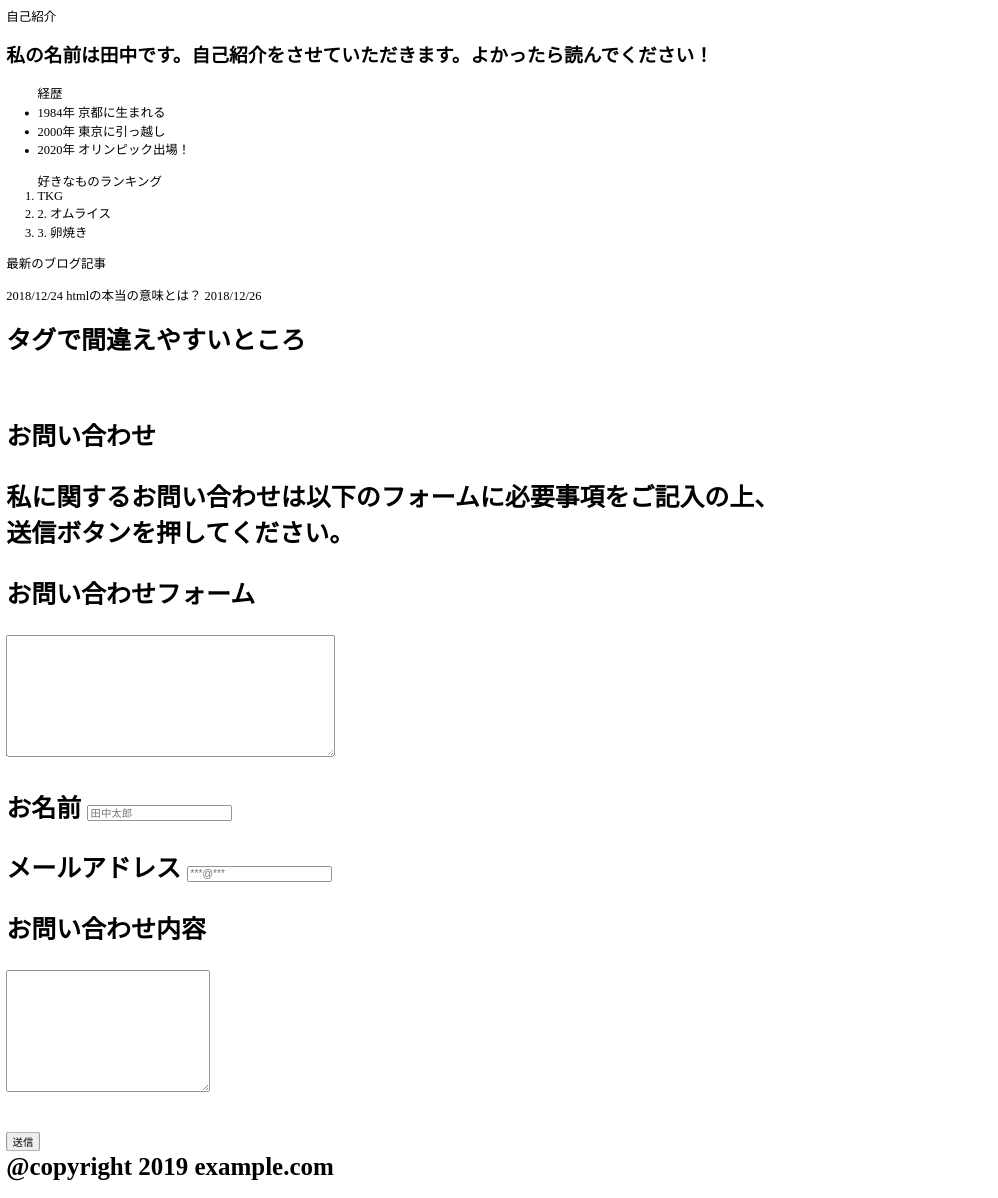
Repository: wairoku/suretigai1
Page: jack.html
An editor plug-in stored every save of this project. The page is shown before and after the next save, followed by the edit.
The browser window is 1280 px wide. The pictures show the whole page, at 78% of full size.

Above is the page before, as saved 2019-01-02 20:07:37.

### jack.html
<!DOCTYPE html>


<body>

    <head>
      <meta charset='utf-8'>
    </head>

自己紹介
<h2>私の名前は田中です。自己紹介をさせていただきます。よかったら読んでください！</h2>

<ul>経歴
    <li>1984年 京都に生まれる</li>
    <li>2000年 東京に引っ越し</li>
    <li>2020年 オリンピック出場！</li>
</ul>

<ol>好きなものランキング
    <li>TKG</li>
    <li>2. オムライス</li>
    <li>3. 卵焼き</li>
</ol>




<p>最新のブログ記事</p>
2018/12/24 htmlの本当の意味とは？
2018/12/26 <h1>タグで間違えやすいところ

　<form action="">
　  <p>お問い合わせ</p>
私に関するお問い合わせは以下のフォームに必要事項をご記入の上、 <br>
送信ボタンを押してください。

<p>お問い合わせフォーム</p>
<textarea name="" id="" cols="50" rows="10"></textarea>

<p>お名前
<input type="text" placeholder="田中太郎">
</p>

<p>メールアドレス
<input type="text" placeholder="***@***">
</p>

<p>お問い合わせ内容</p>
<textarea name="" id="" cols="30" rows="10"></textarea></p>
<input type="button" value="送信">
</form>

<footer>@copyright 2019 example.com</footer>


</body>

After the next save:
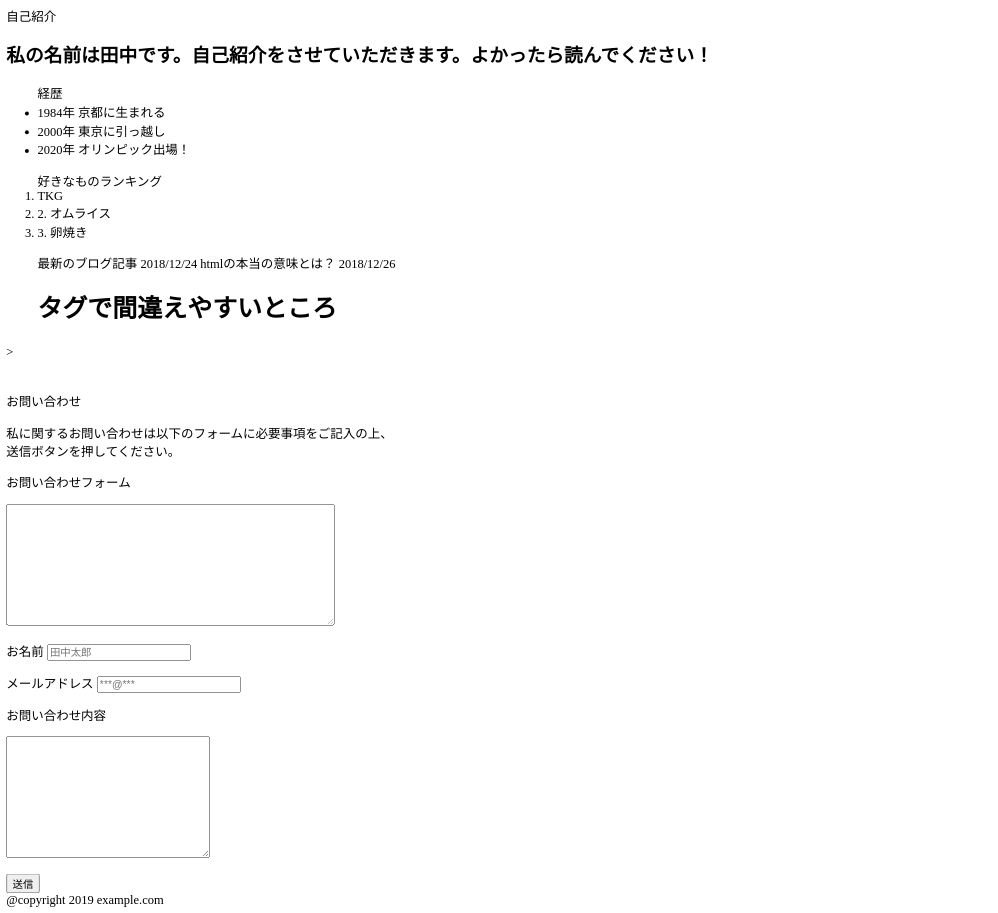
Saved 51 s later.
--- a/jack.html
+++ b/jack.html
@@ -25,9 +25,10 @@
 
 
 
-<p>最新のブログ記事</p>
+<ul>最新のブログ記事
 2018/12/24 htmlの本当の意味とは？
 2018/12/26 <h1>タグで間違えやすいところ
+</ul>>
 
 　<form action="">
 　  <p>お問い合わせ</p>
